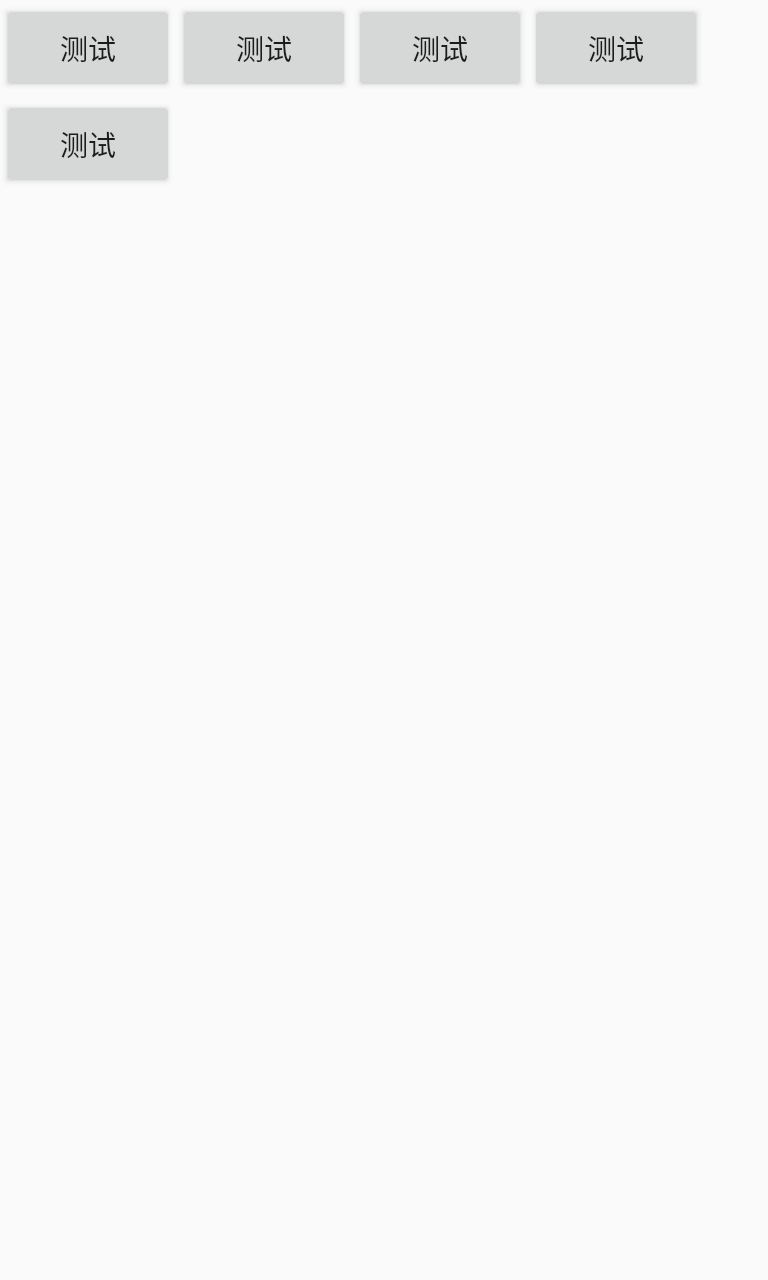
Repository: A207/guanjingjing
Layout: day4/LayoutApp/res/layout/ActivityGridLayout.xml
The author's editor kept a copy of each file at every save. The layout is drawn from the files as they stood at one save, then again after the next save.
It is drawn on a 768 x 1280 px phone screen (xhdpi) without system bars, with theme AppTheme; the app's code is not run.

Above is the layout before, as saved 2015-07-09 11:04:51.

After the next save:
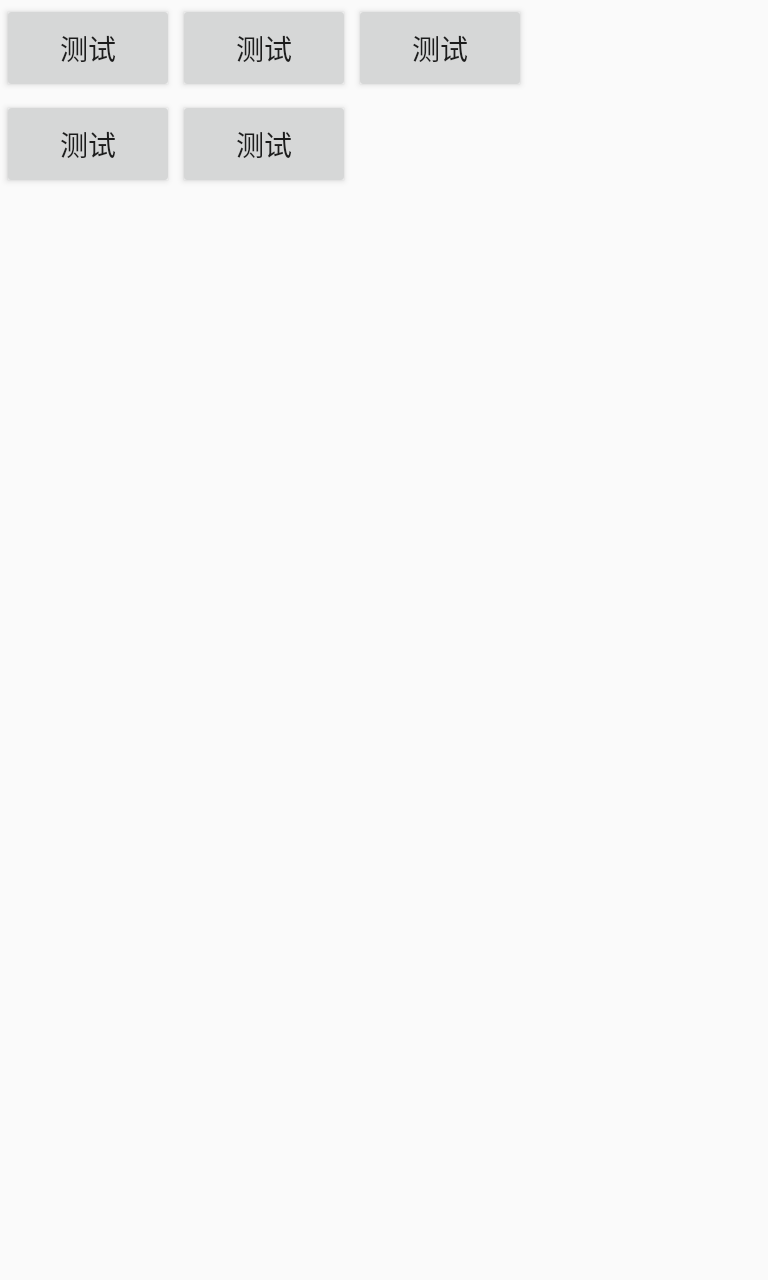
Saved 5 s later.
--- a/day4/LayoutApp/res/layout/ActivityGridLayout.xml
+++ b/day4/LayoutApp/res/layout/ActivityGridLayout.xml
@@ -2,7 +2,7 @@
 <GridLayout xmlns:android="http://schemas.android.com/apk/res/android"
     		android:layout_width="match_parent"
     		android:layout_height="match_parent"
-    		android:columnCount="4" >
+    		android:columnCount="3" >
     <Button
         android:layout_width="wrap_content"
         android:layout_height="wrap_content"
